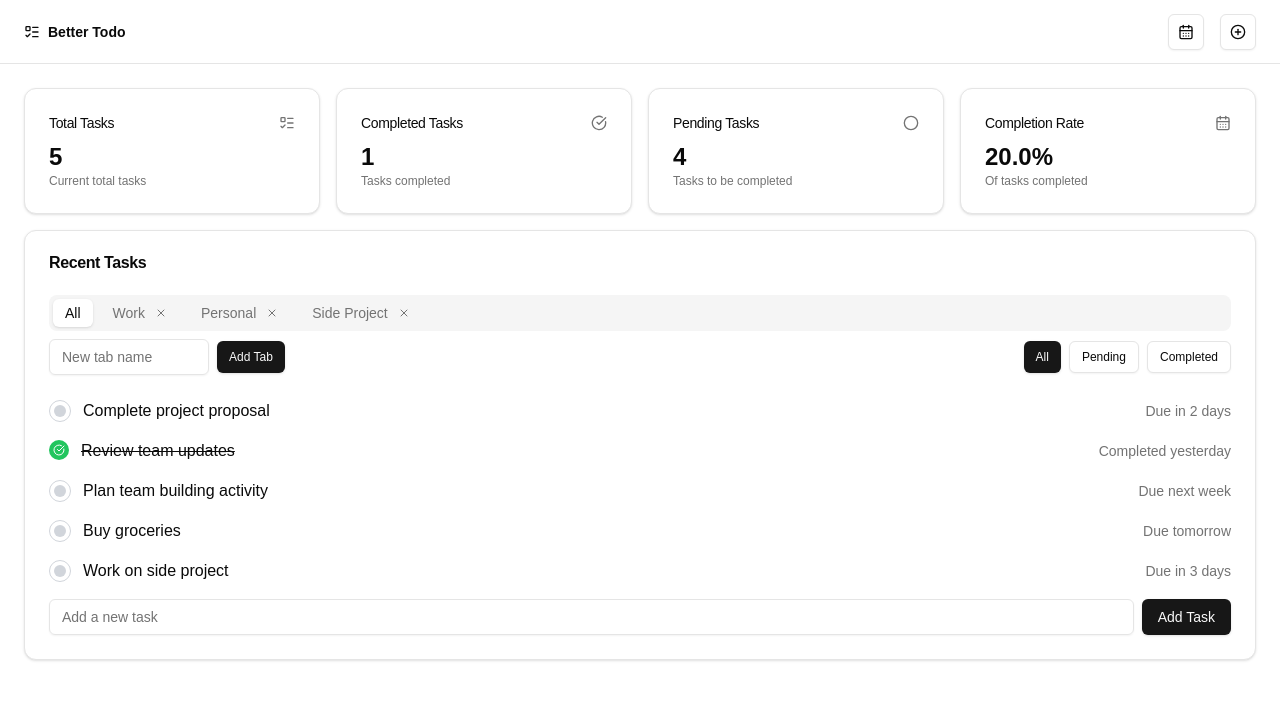
Repository: malikbarbier7/better-todo
Page: /dashboard
An editor plug-in stored every save of this project. The page is shown before and after the next save, followed by the edit.
The browser window is 1280 px wide. The pictures show the whole page.
The project was rebuilt for these pictures with package versions that can differ from the ones it lists, and the page was loaded fresh each time. The framework's server and built-in components were replaced by stand-ins that run in the browser. Also part of the build but not shown: next.config.js, next.config.mjs.

Above is the page before, as saved 2024-10-04 10:40:29.

After the next save:
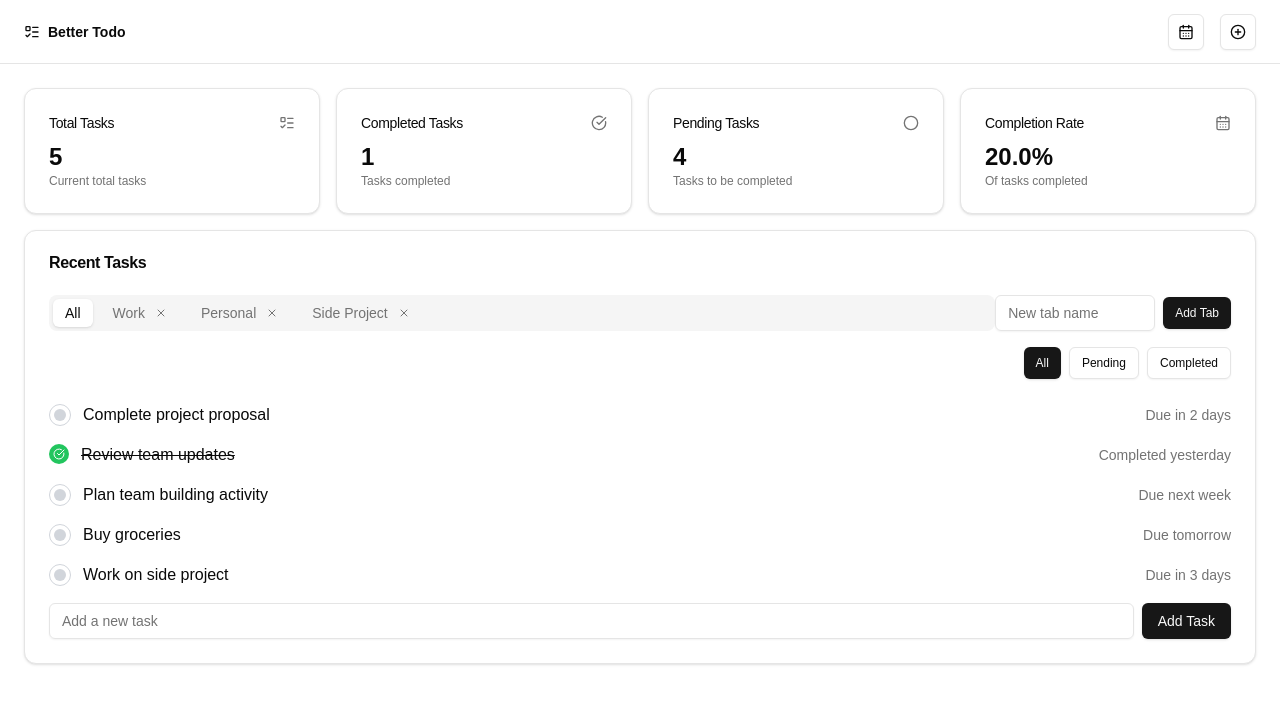
Saved 2 min 15 s later.
--- a/components/dashboard.tsx
+++ b/components/dashboard.tsx
@@ -177,8 +177,8 @@ export function Dashboard() {
           <CardContent>
             <Tabs value={activeTab} onValueChange={setActiveTab} className="w-full">
               <div className="flex flex-col">
-                <div className="mb-4">
-                  <TabsList className="flex flex-wrap justify-start">
+                <div className="mb-4 flex justify-between items-center">
+                  <TabsList className="flex-grow flex flex-wrap justify-start">
                     {tabs.map((tab) => (
                       <TabsTrigger key={tab} value={tab} className="mr-2 mb-2">
                         {tab}
@@ -198,41 +198,41 @@ export function Dashboard() {
                       </TabsTrigger>
                     ))}
                   </TabsList>
-                  <div className="flex items-center justify-between mt-2">
-                    <div className="flex items-center space-x-2">
-                      <Input
-                        placeholder="New tab name"
-                        value={newTabName}
-                        onChange={(e) => setNewTabName(e.target.value)}
-                        className="w-40"
-                      />
-                      <Button onClick={handleAddTab} size="sm">
-                        Add Tab
-                      </Button>
-                    </div>
-                    <div className="flex items-center space-x-2">
-                      <Button
-                        size="sm"
-                        variant={taskFilter === 'all' ? 'default' : 'outline'}
-                        onClick={() => setTaskFilter('all')}
-                      >
-                        All
-                      </Button>
-                      <Button
-                        size="sm"
-                        variant={taskFilter === 'pending' ? 'default' : 'outline'}
-                        onClick={() => setTaskFilter('pending')}
-                      >
-                        Pending
-                      </Button>
-                      <Button
-                        size="sm"
-                        variant={taskFilter === 'completed' ? 'default' : 'outline'}
-                        onClick={() => setTaskFilter('completed')}
-                      >
-                        Completed
-                      </Button>
-                    </div>
+                  <div className="flex items-center space-x-2">
+                    <Input
+                      placeholder="New tab name"
+                      value={newTabName}
+                      onChange={(e) => setNewTabName(e.target.value)}
+                      className="w-40"
+                    />
+                    <Button onClick={handleAddTab} size="sm">
+                      Add Tab
+                    </Button>
+                  </div>
+                </div>
+                <div className="flex justify-end mb-4">
+                  <div className="flex items-center space-x-2">
+                    <Button
+                      size="sm"
+                      variant={taskFilter === 'all' ? 'default' : 'outline'}
+                      onClick={() => setTaskFilter('all')}
+                    >
+                      All
+                    </Button>
+                    <Button
+                      size="sm"
+                      variant={taskFilter === 'pending' ? 'default' : 'outline'}
+                      onClick={() => setTaskFilter('pending')}
+                    >
+                      Pending
+                    </Button>
+                    <Button
+                      size="sm"
+                      variant={taskFilter === 'completed' ? 'default' : 'outline'}
+                      onClick={() => setTaskFilter('completed')}
+                    >
+                      Completed
+                    </Button>
                   </div>
                 </div>
                 <div>
